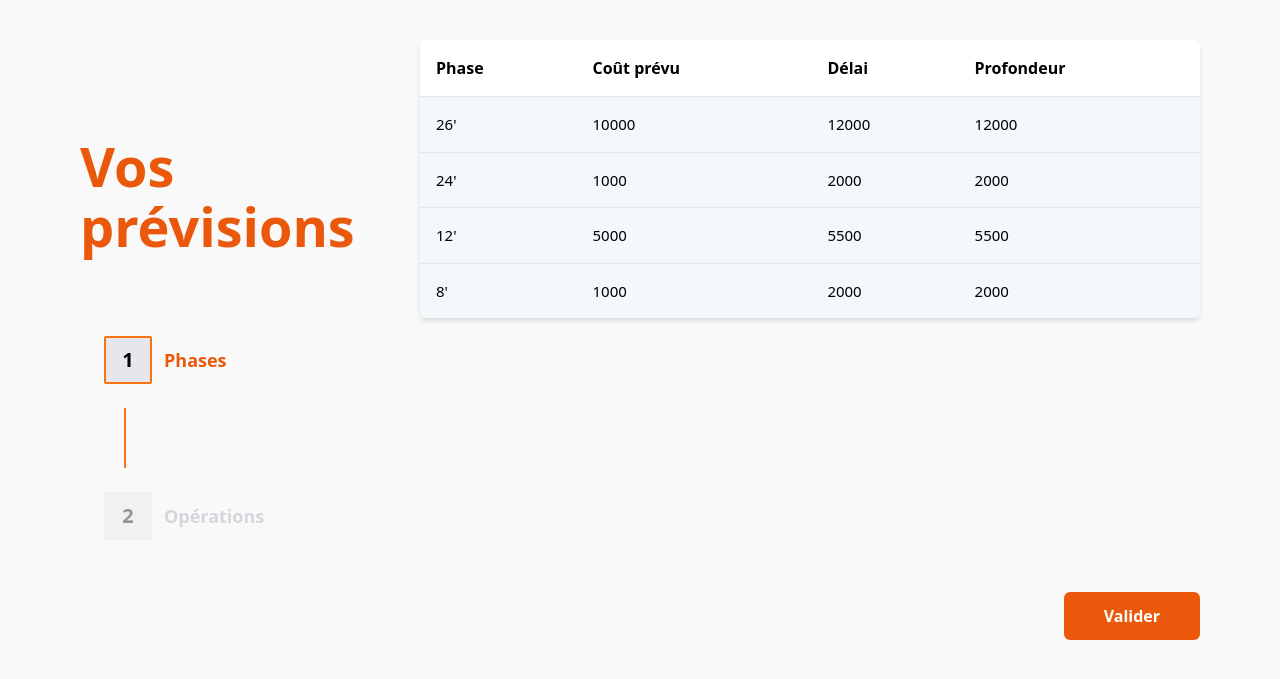
Repository: 123455675848484848484884848484/Projet_2cs
Page: /phasepre (app in front/)
These files come from the project's save history. The page is drawn as it stood at one moment and after the next save; the edit follows.
The browser window is 1280 px wide. The pictures show the whole page.
The project was rebuilt for these pictures with package versions that can differ from the ones it lists, and the page was loaded fresh each time. Also part of the build but not shown: front/src/App.css, front/src/LancerPuit.jsx, front/src/InformationPuit.jsx, front/src/MesPuits.jsx.

Above is the page before, as saved 2025-04-24 09:12:06.

After the next save:
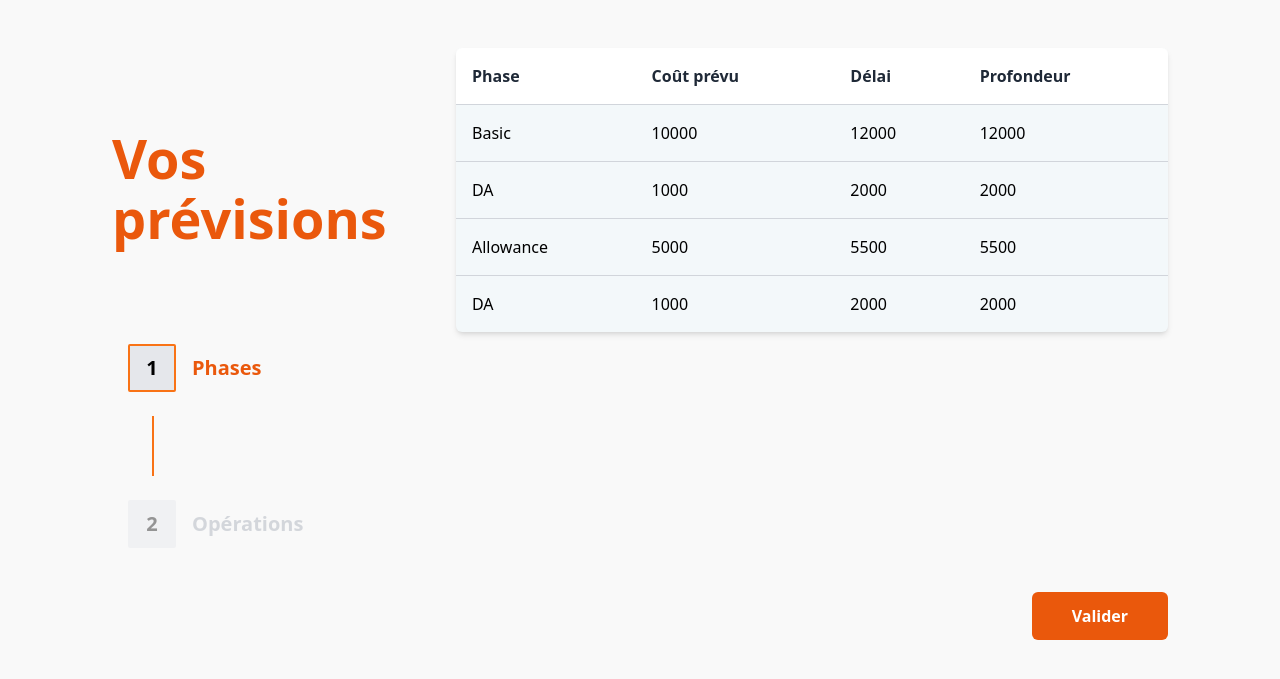
Saved 70 s later.
--- a/front/src/PhasesPrevision.jsx
+++ b/front/src/PhasesPrevision.jsx
@@ -1,49 +1,54 @@
 import React, { useEffect, useState } from "react";
-import { Link } from "react-router-dom";
+import { Link, useNavigate } from "react-router-dom";
 
 const PhasesPrevision = () => {
   const [phases, setPhases] = useState([]);
+  const navigate = useNavigate();
 
   useEffect(() => {
     const fetchedPhases = [
-      { nom: "26'", cout: 10000, delai: 12000, profondeur: 12000 },
-      { nom: "24'", cout: 1000, delai: 2000, profondeur: 2000 },
-      { nom: "12'", cout: 5000, delai: 5500, profondeur: 5500 },
-      { nom: "8'", cout: 1000, delai: 2000, profondeur: 2000 },
+      { nom: "Basic", cout: 10000, delai: 12000, profondeur: 12000 },
+      { nom: "DA", cout: 1000, delai: 2000, profondeur: 2000 },
+      { nom: "Allowance", cout: 5000, delai: 5500, profondeur: 5500 },
+      { nom: "DA", cout: 1000, delai: 2000, profondeur: 2000 },
     ];
     setPhases(fetchedPhases);
   }, []);
 
+  const handleValider = () => {
+    navigate("/operations");
+  };
+
   return (
-    <div className="min-h-screen flex bg-[#f9f9f9] px-20 pt-10 pb-20">
+    <div className="min-h-screen flex bg-[#f9f9f9] px-28 pt-12 pb-20">
       {/* Colonne de gauche */}
-      <div className="w-[300px] pt-24">
-        <h1 className="text-[54px] font-bold text-orange-600 leading-[60px] mb-20">
+      <div className="w-[280px] pt-20">
+        <h1 className="text-[54px] font-bold text-orange-600 leading-[60px] mb-24">
           Vos<br />prévisions
         </h1>
-        <div className="flex flex-col items-start gap-6 ml-6">
-          <div className="flex items-center gap-3">
+        <div className="flex flex-col items-start gap-6 ml-4">
+          <div className="flex items-center gap-4">
             <div className="w-12 h-12 rounded-sm bg-gray-200 flex items-center justify-center text-xl font-bold border-2 border-orange-500 text-black">
               1
             </div>
-            <span className="text-orange-600 font-semibold text-lg">Phases</span>
+            <span className="text-orange-600 font-semibold text-xl">Phases</span>
           </div>
-          <div className="h-[60px] w-[2px] bg-orange-500 ml-5" />
-          <div className="flex items-center gap-3 opacity-40">
+          <div className="h-[60px] w-[2px] bg-orange-500 ml-6" />
+          <div className="flex items-center gap-4 opacity-40">
             <div className="w-12 h-12 rounded-sm bg-gray-200 flex items-center justify-center text-xl font-bold">
               2
             </div>
-            <span className="text-gray-400 font-semibold text-lg">Opérations</span>
+            <span className="text-gray-400 font-semibold text-xl">Opérations</span>
           </div>
         </div>
       </div>
 
       {/* Contenu de droite */}
-      <div className="flex-1 pl-10 flex flex-col justify-between">
-        <div className="bg-[#f3f8fa] rounded-md overflow-hidden shadow-md">
-          <table className="w-full text-left">
+      <div className="flex-1 pl-16 flex flex-col justify-between">
+        <div className="bg-[#f3f8fa] rounded-md shadow-md overflow-hidden">
+          <table className="w-full text-left text-[16px]">
             <thead className="bg-white">
-              <tr className="text-[16px]">
+              <tr className="text-gray-800">
                 <th className="p-4 font-semibold">Phase</th>
                 <th className="p-4 font-semibold">Coût prévu</th>
                 <th className="p-4 font-semibold">Délai</th>
@@ -52,11 +57,11 @@ const PhasesPrevision = () => {
             </thead>
             <tbody>
               {phases.map((phase, index) => (
-                <tr key={index} className="border-t border-gray-200">
-                  <td className="p-4 text-[15px]">{phase.nom}</td>
-                  <td className="p-4 text-[15px]">{phase.cout}</td>
-                  <td className="p-4 text-[15px]">{phase.delai}</td>
-                  <td className="p-4 text-[15px]">{phase.profondeur}</td>
+                <tr key={index} className="border-t border-gray-300">
+                  <td className="p-4">{phase.nom}</td>
+                  <td className="p-4">{phase.cout}</td>
+                  <td className="p-4">{phase.delai}</td>
+                  <td className="p-4">{phase.profondeur}</td>
                 </tr>
               ))}
             </tbody>
@@ -64,7 +69,10 @@ const PhasesPrevision = () => {
         </div>
 
         <div className="flex justify-end mt-8">
-          <button className="bg-orange-600 hover:bg-orange-700 text-white px-10 py-3 rounded-md font-semibold text-[16px]">
+          <button
+            onClick={handleValider}
+            className="bg-orange-600 hover:bg-orange-700 text-white px-10 py-3 rounded-md font-semibold text-[16px]"
+          >
             Valider
           </button>
         </div>
